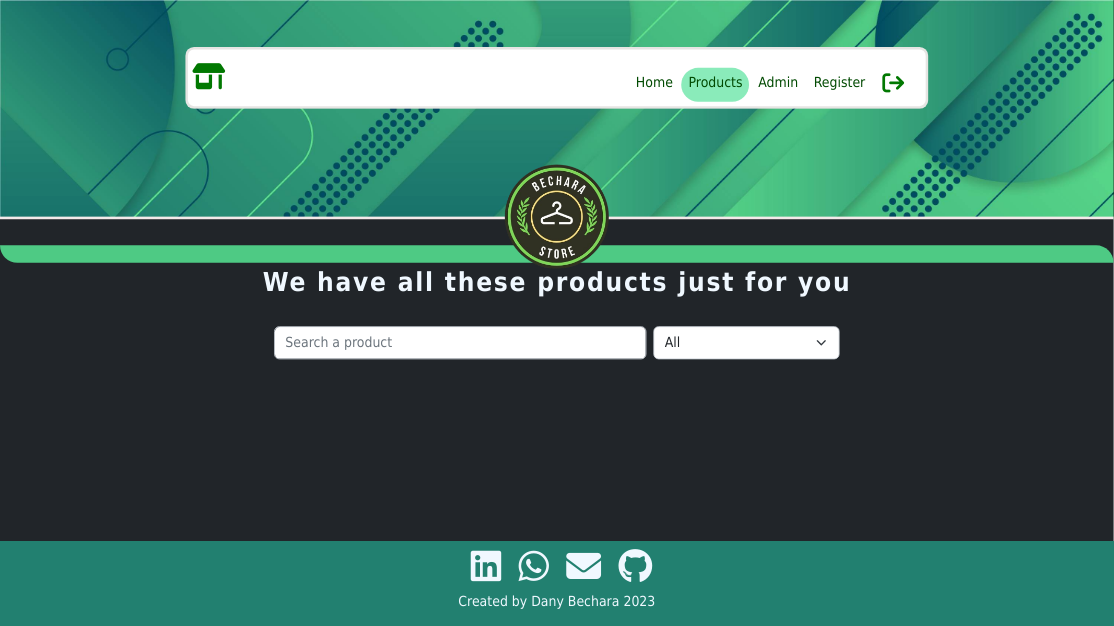
Repository: bechara611/becharastore
Page: /Products
An editor plug-in stored every save of this project. The page is shown before and after the next save, followed by the edit.
The browser window is 1280 px wide. The pictures show the whole page, at 87% of full size.
Backgrounds fixed to the window are drawn as part of the page. The project was rebuilt for these pictures with package versions that can differ from the ones it lists, and the page was loaded fresh each time. Some packages were replaced by stand-ins written for this rebuild. Also part of the build but not shown: src/hooks/useAuth.jsx, src/hooks/useForm.jsx, src/Auth/components/LoginAndRegister.css, src/Auth/components/Login.jsx, src/Auth/components/Register.jsx, src/UI/helper/ElementoActivo.js, src/UI/Components/FormularioContacto.css, src/UI/Components/FormularioContacto.jsx and 1 more.

Above is the page before, as saved 2023-02-01 17:47:48.

### public/index.html
<!DOCTYPE html>
<html lang="en">
  <head>
    <meta charset="utf-8" />
    <link rel="icon" href="%PUBLIC_URL%/favicon.ico" />
    <meta name="viewport" content="width=device-width, initial-scale=1" />
    <meta name="theme-color" content="#000000" />
    <meta
      name="description"
      content="Web site created using create-react-app"
    />
    <link rel="apple-touch-icon" href="%PUBLIC_URL%/logo192.png" />
    <link rel="preconnect" href="https://fonts.googleapis.com">
    <link rel="stylesheet" href="https://cdnjs.cloudflare.com/ajax/libs/font-awesome/6.2.1/css/all.min.css" integrity="sha512-MV7K8+y+gLIBoVD59lQIYicR65iaqukzvf/nwasF0nqhPay5w/9lJmVM2hMDcnK1OnMGCdVK+iQrJ7lzPJQd1w==" crossorigin="anonymous" referrerpolicy="no-referrer" />
<link rel="preconnect" href="https://fonts.gstatic.com" crossorigin>
<link rel="preconnect" href="https://fonts.googleapis.com">
<link rel="preconnect" href="https://fonts.gstatic.com" crossorigin>
<link href="https://fonts.googleapis.com/css2?family=Montserrat:ital,wght@0,100;0,200;0,300;0,400;0,500;0,600;0,700;0,800;0,900;1,100;1,200;1,300;1,500;1,700;1,800;1,900&family=Shadows+Into+Light&display=swap" rel="stylesheet">
<link rel="stylesheet"href="https://fonts.googleapis.com/css?family=Roboto:300,400,500,700&display=swap"/>
<!--
      manifest.json provides metadata used when your web app is installed on a
      user's mobile device or desktop. See https://developers.google.com/web/fundamentals/web-app-manifest/
    -->
    <link rel="manifest" href="%PUBLIC_URL%/manifest.json" />
    <!--
      Notice the use of %PUBLIC_URL% in the tags above.
      It will be replaced with the URL of the `public` folder during the build.
      Only files inside the `public` folder can be referenced from the HTML.

      Unlike "/favicon.ico" or "favicon.ico", "%PUBLIC_URL%/favicon.ico" will
      work correctly both with client-side routing and a non-root public URL.
      Learn how to configure a non-root public URL by running `npm run build`.
    -->

<link href="https://cdn.jsdelivr.net/npm/bootstrap@5.2.3/dist/css/bootstrap.min.css" rel="stylesheet" >


  </head>
  <body>
    <noscript>You need to enable JavaScript to run this app.</noscript>
    <div id="root"></div>
    <!--
      This HTML file is a template.
      If you open it directly in the browser, you will see an empty page.

      You can add webfonts, meta tags, or analytics to this file.
      The build step will place the bundled scripts into the <body> tag.

      To begin the development, run `npm start` or `yarn start`.
      To create a production bundle, use `npm run build` or `yarn build`.
    -->
    <script src="https://cdn.jsdelivr.net/npm/bootstrap@5.2.3/dist/js/bootstrap.bundle.min.js" integrity="sha384-kenU1KFdBIe4zVF0s0G1M5b4hcpxyD9F7jL+jjXkk+Q2h455rYXK/7HAuoJl+0I4" crossorigin="anonymous"></script>
  </body>

</html>

### src/index.css

:root {
    --verde1: rgb(2, 74, 2);
    --verde2:rgb(1, 120, 1);
    --verde3:rgb(23, 215, 119,.5);
    --verde4:rgba(78,202,132,255);
    --verde5:rgba(34,128,112,255);
  }


*{
    color: aliceblue;
    /* font-family: 'Montserrat', sans-serif; */
    font-family: 'Droid Sans', Tahoma, Geneva, Verdana, sans-serif;

}

.fondito{
    background: red;
}
.fondito2{
    background: purple;
}

### src/App.jsx
import React, { useEffect } from 'react'
import { Caparazon } from './UI/Components/Caparazon'
import { ContenedorPrincipal } from './UI/Components/ContenedorPrincipal'
import { Header } from './UI/Components/Header'
import { Footer } from './UI/Components/Footer'
import { MainCuerpo } from './UI/Components/MainCuerpo'
import { useDispatch, useSelector } from 'react-redux'
import { onResetError } from './UI/slice/uiSlice'
import Swal from 'sweetalert2'
export const App = () => {
  const uiEstado = useSelector((state)=>state.ui)
  const dispatch = useDispatch()
  useEffect(() => {
    if(uiEstado.error!==null){
      console.log(uiEstado.error)
      Swal.fire('Error',uiEstado.error,'error')
      dispatch(onResetError())

    }
  // eslint-disable-next-line react-hooks/exhaustive-deps
  }, [uiEstado.error])

  return (
    <>
      {/*Primero el caparazon de la pagina, que es un div que tiene un 100vh de altura, el cual en el obtiene a sus children:
    esto children son el Header ocupando el 30vh y el Contenedor Principal ocupando el 70vh restante.
  */}
      <Caparazon>
        <Header></Header>
        <ContenedorPrincipal> {/*El contenedor principal a su vez lleva sus hijos dos elementos, el footer que le pusimos absolute para ubicarlo de ultimo y el MainCuerpo que tienes las rutas */}
          <MainCuerpo></MainCuerpo>{/*Este MainCuerpo tiene las rutas de la aplicacion, es el main de la pagina y lo que va a cambiar dependiendo donde estemos */}


          <Footer></Footer>  {/*Este es el footer que utilizamos para el pie de pagina, tiene posicion absolute como dije anteriormnete */}
        </ContenedorPrincipal>


      </Caparazon>
    </>

  )
}

### src/store/Store.jsx
import { configureStore } from "@reduxjs/toolkit"
import authSlice from "../Auth/slice/authSlice"
import uiSlice from "../UI/slice/uiSlice"


export const store= configureStore({
    reducer:{
        auth:authSlice.reducer,
        ui:uiSlice.reducer
    },
    middleware:(getDefaultMiddleware)=>{
        return getDefaultMiddleware({serializableCheck:false})
    }
})

### src/UI/Components/Caparazon.jsx
import React from 'react'
import './Caparazon.css'
export const Caparazon = ({ children }) => {
    return (
        <>
{/*Caparazon princiapal donde el mismo tiene un flex en colum, adentro tiene sus hijos que son un div que
ocupe el 70vh donde eesta todo lo demas y el 30vh primero es del header */}
            <div className='caparazonPrincipal bg-dark'>

                {children}

            </div>
        </>
    )
}

### src/UI/Components/ContenedorPrincipal.jsx
import React from 'react'
import './ContenedorPrincipal.css'
export const ContenedorPrincipal = ({ children }) => {
  return (
    <div className='ContenedorPrincipal'>
    {/*Aca de hijos tendran las rutas para verse en el medio y el footer, este tiene un position relative para que su hijo footer pueda
  ubicarse en la parte de abajo */}
      {children}
    </div>
  )
}

### src/UI/Components/Header.jsx
import React from 'react'
import './Header.css'
import { MenuNavbar } from './MenuNavbar'
import brand from './../../img/brand2.png'


export const Header = () => {
  return (
    <>
      {/*El header ocupa el 30vh de la pagina, el primer div lo tiene, aca se incorpora el nav y el logo. */}
      <div className="header">
        <div className="col-12">


          <MenuNavbar></MenuNavbar>
          <div className="row">
            <div className="col-12 filaLogoHeader">
              <img src={brand} className='brand animate__animated animate__flip' id='brand' alt="brand" />

            </div>
          </div>

        </div>

      </div>



    </>
  )
}

### src/UI/Components/Footer.jsx
import React from 'react'
import './Footer.css'


let linkdn="https://linkedin.com/in/DanyBechara";
let correo="mailto:bechara611@gmail.com";
let blank='_blank';
let github='https://github.com/bechara611';
let whatssap='https://wa.me/584120361952';

export const Footer = () => {
  return (
    <>
      {/*Aca este footer le estamos colocando una posicion absolute y a su padre relativa para poder ubicarlo al final de su div padre */}
      <div className="footer col-12 mt-5 pt-1">
      <a href={linkdn} target={blank} className='animate__animated animate__lightSpeedInLeft'><i className=" linkdin fa-brands fa-linkedin iconoRedes"></i></a>
      <a href={whatssap} target={blank}  className='animate__animated animate__lightSpeedInLeft'><i className="whatssap fa-brands fa-whatsapp iconoRedes"></i></a>
      <a href={correo} target={blank}  className='animate__animated animate__lightSpeedInLeft'><i className="gmail fa-solid  fa-envelope iconoRedes"></i></a>
      <a href={github} target={blank}  className='  animate__animated animate__lightSpeedInLeft'><i className=" github fa-brands fa-github iconoRedes"></i></a>

     <div className="col-12 contenedor-mensaje-footer mt-1">
     <div className="col-12 contenedor-mensaje-footer">
     <p className='mensaje'>Created by Dany Bechara {new Date().getFullYear().toString()}</p>
     </div>

     </div>
      </div>
    </>

  )
}

### src/UI/Components/MainCuerpo.jsx
import React from 'react'
import { RouterApp } from '../../router/Routes'
import './MainCuerpo.css'

export const MainCuerpo = () => {

  return (
    <>
    {/*Aca se guardan las rutas como tal de la aplicacion y es llamado adentro de contenedorPrincipal */}
    <RouterApp></RouterApp>
    <div className='mb-5 pb-5'></div>
    </>
    )
}

### src/UI/slice/uiSlice.jsx
const { createSlice } = require("@reduxjs/toolkit");

const initialState={
    error:null
}
const uiSlice = createSlice({
    name:'ui',
    initialState,
    reducers:{//este reducer es para activar o desactivar un error siempre en pantalla dependiendo si cambia el estado, el mismo
        //activa una funcion que se encuentra en el archivo App.jsx, donde mostrar una ventana emergente de error en caso de que no sea null y al mismo tiempo por alla la desactiva
              // dispatch(onAsignarError({error:'Esto es un error desde el nav'}))
        onAsignarError:(state,action)=>{
            state.error=action.payload.error
        },
        onResetError:(state,action)=>{
            state.error=null
        }
    }
})

export default uiSlice;
export const {onAsignarError,onResetError} = uiSlice.actions;

### src/Auth/slice/authSlice.jsx
import { createSlice } from "@reduxjs/toolkit";

const initialState = {
    user: {
        token: 'abc123',
        _id: 1,
        name: 'Dany',
        email: 'Bechara611@gmail.com',
        level: 'admin'
    },
    status: 'logueado',
    initialDate: new Date()
}

const authSlice = createSlice({
    name: 'auth',
    initialState,
    reducers: {
        MostrarEnConsola: (state, action) => {
            console.log('Hola mundo')
        },
        onLogout: (state, action) => {

            state.status = 'no-logueado'
            state.user = {
                token: null,
                _id: null,
                name: null,
                email: null,
                level: null
            }
            state.initialDate = null;
        },
        onLogin: (state, {payload}) => {
             state.user = {
                 token: payload.token,
                 _id: payload._id,
                 name: payload.name,
                 email: payload.email,
                 level: payload.level
             }
            state.status = 'logueado'
            state.initialDate = new Date();
        },

    },

})

export const { MostrarEnConsola, onLogout, onLogin } = authSlice.actions;
export default authSlice

### src/UI/Components/Caparazon.css
/*Estilos del caparazon como tal principal*/
    /*Aca colocamos que el caparazonPrincipal ocupa toda la pantalla, y una direccion en column para que el header sea de 30vh y el resto el otro div  */
.caparazonPrincipal{
    display: flex;
    flex-direction: column;
    justify-content: space-between;
    min-height: 100vh;
  overflow-x: hidden;
  overflow-y: visible;
}

### src/UI/Components/ContenedorPrincipal.css
/*Aca al contenedor ponemos positionRelative para que el footer pueda tener una posicion absoluta y se pueda posicionar al final*/
.ContenedorPrincipal{
    min-height: 65vh;

    position: relative;
}

### src/UI/Components/Header.css
.header {
    display: flex;
    background: rgb(157, 240, 194) url("./../../img/Header2.jpg");
    background-color: rgb(18, 18, 18);
    background-repeat: no-repeat;
    background-attachment: fixed;
    background-size: cover;
    background-position: top center;
    min-height: 30%;
    height: 35vh;
    max-height: 35vh;
    width: 100%;
    min-width: 100%;
    position: relative;
    border-bottom: 3px solid rgb(244, 233, 233);
}

/*Aca estoy posicion en el medio el logo como tal del header y luego abajo le pongo una posicion absolute para moverlo*/
.filaLogoHeader {
    display: flex;
    flex-direction: row;
    justify-content: center;

}

.brand {
    width: 150px;
    height: 150px;
    max-height: 150px;
    max-width: 150px;
    min-height: 150px;
    position: absolute;
    bottom: -30%;
  z-index: 1000;

}

/*?RESPONSIVE*/


@media(max-width:500px){

    .brand {
        width: 100px;
        height:100px;
        max-height: 100px;
        max-width: 100px;
        min-height: 10px;
        position: absolute;
        z-index: 1;
        bottom: -20%;

    }
}

### src/UI/Components/Footer.css
.footer{

    background: var(--verde5);
    position: absolute;
    bottom: 0%;
    display: flex;
    flex-direction: row;
    justify-content: center;
    text-align: center;
    align-items: center;
    justify-items: center;
 flex-wrap: wrap;

}

.iconoRedes{
    font-size: 40px;
    padding-left: 10px;
    margin: 5px;
}

.github:hover{
    color: #6e5494;

}

.whatssap:hover{
color: #25d366;
}

.gmail:hover{
color:#cc0000;
}
.linkdin:hover{
color:#00a0dc;
}

.contenedor-mensaje-footer{
    display: flex;
    flex-direction: row;
    justify-content: center;
    text-align: center;
    align-items: center;
    justify-items: center;
}

/*?RESPONSIVE*/

@media(max-width:255px){
    .iconoRedes{
        font-size: 30px;
        padding-left: 5px;
    }
    .mensaje{
        font-size: 10px;
    }
}

### src/router/Routes.jsx
import React from 'react'
import { Navigate, Route, Routes } from 'react-router-dom'
import { Login } from '../Auth/components/Login'
import { Register } from '../Auth/components/Register'
import { ListadoProductos } from '../Products/components/ListadoProductos'
import { Home } from '../UI/Components/Home'

/*Este componente es nuestro router, que segun la URL donde estemos mostrada:
1) Una pagina Home
2) Pagina de registro
3) Pagina de login
4) Pagina de Productos
*/

export const RouterApp = () => {
  return (
    <Routes>
    <Route path='/' element={<Home></Home>}></Route>
    <Route path='/auth' element={<Login></Login>}></Route>
    <Route path='/Register' element={<Register></Register>}></Route>
    <Route path='/Products' element={<ListadoProductos></ListadoProductos>}></Route>
    <Route path='/admin' element={<h1>Admin</h1>}></Route>
    <Route path='/*' element={<Navigate to={'/'}></Navigate>}></Route>
    </Routes>
  )
}

### src/UI/Components/MenuNavbar.css
.contenedor-nav {
    position: fixed;
    display: flex;
    flex-direction: row;
    justify-content: center;
    align-self: center;
    align-items: center;
    position: absolute;
    bottom: 50%;
    z-index: 2;

}
.marca{
 font-size: 30px;
 color: black;
 color: var(--verde2);
 padding-right: 10px;

}
.marca:hover{
    color: var(--verde5);
}
.logout-icono{
    font-size: 25px;
    color: black;
    color: var(--verde2);
    padding-right: 10px;

   }
.logout-icono:hover{
    color: var(--verde5);
}

.menunav {
    background: rgba(255, 255, 255, 1);
    border-radius: 10px;
    padding: 5px;
    border: 3px solid rgba(205, 204, 200, 0.5);
    flex-wrap: wrap;
    display: flex;

}

/*Esta parte es el contenedor que tiene el navbar de los navLink es decir, menu como tal.
Estoy diciendo que normalmente estaran a la derecha.
*/
.contenedor-interno-nav {
    display: flex;
    flex-direction: row;
    justify-content: flex-end;
    flex-wrap: wrap;

}
/*Diseno a los links como tal*/
.nav-link{
    margin-left: 2px;
    color: var(--verde1);
    font-weight: 400;
    background: rgb(44, 232, 138,0);
    border-radius: 30px;
    padding: 5px;

}
.nav-link:hover{
   color: var(--verde2)

}
.activeLink{  background: var(--verde3);
    border-radius: 30px;}

/**-----------------------------------------------------------------------------*/

/*?RESPONSIVE*/

/*Para este apartado cuando llegue a cierto tamaño como tal el nav se pondra mas abajo para que al darle al boton se abra y se pueda apreciar y no quede muy arriba*/
@media(max-width:500px) {
    .contenedor-nav {
       position: sticky;

    }
    /*Aca haces que el navBar tenga todo el tamaño al llegar a dispositivos pequeños*/
    .menunav {
        width: 100%;

    }
}

/*SERIE DE RESPONSIVES A LOS PADDING DE LAS OPCIONES DEL MENU*/

@media(max-width:375px){
    .nav-link{
        margin-left: 5px;
    }
}

@media(max-width:262px){
    .nav-link{
        margin-left: 10px;
    }
    .menunav{
        justify-content: center;
        text-align: center;
        align-items: center;
        align-self: center;
    }
}

/*Necesidad de que el nav el menu se pongan o separados o uno debajo del otro cuando se active el boton del collapse*/
@media(max-width:992px) {
    .contenedor-interno-nav {
        justify-content: space-around;
    }
}

### src/Products/components/ListadoProductos.jsx
import React, { useState } from 'react'
import './ListadoProductos.css'
export const ListadoProductos = () => {
    //useState para almacenar tanto la informacion del textBox como la de el option box

    const [form, setform] = useState({
        busqueda: '',
        category: 'All'
    })
    const onHandledSubmit = (e) => {
        //TODO aca haremos el filtrado de los productos
        e.preventDefault()
        console.log({ form })
    }
    return (
        <>

            <div className='col-12 separador2'></div>
            <div className="row mt-1">
                <div className="col-12  contenedor-titulo">
                    <h6 className='titulo animate__animated animate__lightSpeedInRight  '>We have all these products just for you</h6>
                </div>
            </div>
            <div className="row ">
                <div className="col-12 contenedor-busqueda">
                    <div className="col-4 m-1">
                        {/*Aca va la busqueda para filtrar por nombre */}
                        <form onSubmit={onHandledSubmit}>
                            <input type="text" className='inputBusquedaProducto form-control col-4' placeholder='Search a product' onChange={(e) => {
                                //aca estamos obteniendo el valor y guardandolo en el estado local
                                setform({
                                    ...form,
                                    busqueda: e.target.value.toUpperCase()
                                })
                            }} />
                            {/*//Aca generamos el llamado al filtro de los productos ya sea con nuestro useProductos o useSlice al presionar la tecla enter */}
                        </form>
                    </div>
                    <div className="col-2 m-1">
                        {/*Aca van las categorias previamente creadas por el administrador de la tienda/pagina */}
                        {/*TODO Debes hacer el componente option con el backend y luego un map para mostrarlo */}
                        <select className="form-select" aria-label="Select a category" defaultValue={'All'} onChange={(e) => {
                            //aca estamos obteniendo el valor y guardandolo en el estado local
                            setform({
                                ...form,
                                category: e.target.value.toUpperCase()
                            })
                        }}>{/*TODO aca va el map */}
                            <option value={'All'} className='opcionSelect'>All</option>
                            <option value="Children" className='opcionSelect'>Children</option>
                            <option value="Women" className='opcionSelect'>Women</option>
                            <option value="Men" className='opcionSelect'>Men</option>
                        </select>
                    </div>
                </div>
            </div>
            <div className="row">
                <div className="col-12 contenedor-productos-padre">
                        <div className="col-8 contenedor-productos-hijo"></div>
                </div>
            </div>

        </>
    )
}

### src/Products/components/ListadoProductos.css
.separador2{
    color: var(--verde4);
    background-color: var(--verde4);
    height: 20px;
    margin-top: 30px;
    margin-bottom: 5px;
    border-end-start-radius: 100px;
    border-top-right-radius: 100px;

}

.contenedor-busqueda{
    display: flex;
    flex-direction: row;
    justify-content: center;
    align-items: center;

    margin-top: 10px;
    padding: 10px;
}


.opcionSelect{
    color: black;
}

.contenedor-productos-padre{
    display: flex;
    flex-direction: row;
    justify-content: center;
}

### src/UI/Components/Home.css
.PadreHome {
    justify-content: center;
    display: flex;
    flex-wrap: wrap;
    align-items: center;
    justify-items: center;

}

.separador {
    color: var(--verde5);
    background-color: var(--verde5);
    height: 20px;
    margin-top: 30px;
    margin-bottom: 5px;
    border-end-start-radius: 100px;
    border-top-right-radius: 100px;

}

.contenedor-imagen {}

.cajaImagen{
    border-bottom: 2px solid var(--verde5);
    border-radius: 10px;

}

.contenedor-escrito {
    display: flex;
    flex-direction: row;
    justify-content: center;
    flex-wrap: wrap;
    justify-content: center;
    text-align: center;
}

.contenedor-titulo {
    display: flex;
    justify-content: center;
    justify-items: center;
    justify-self: center;
    align-items: center;
    flex-wrap: wrap;
    text-align: center;
}

.titulo {
    font-weight: 800;
    font-size: 30px;
    letter-spacing: 2px;


}

.contenedor-texto {
    text-align: center;
    justify-content: center;

}

.btn-texto{}



.contenedor-contacto{
    display: flex;
    flex-direction: row;
    justify-content: center;
    align-items: center;
    flex-wrap: wrap;
}
.titulo-contacto{
    font-weight: 400;
    font-size: 30px;
    letter-spacing: 2px;

}
/*CLASES PARA ANIMACIONES*/
.opacity0{
    opacity: 0;
}

/*?RESPONSIVE*/
@media(max-width:350px){
    .titulo {

        font-size: 25px;
        padding: 2px;


    }
    .titulo-contacto{
        font-size: 25px;
        padding: 2px;
    }
}

Loaded but not shown: src/index.js (18 lines, source omitted); src/UI/helper/AnimacionAlLogo.js (9 lines, source omitted); src/UI/Components/MenuNavbar.jsx (69 lines, source omitted); src/UI/Components/MainCuerpo.css (no stored copy; drawn as an empty file)

After the next save:
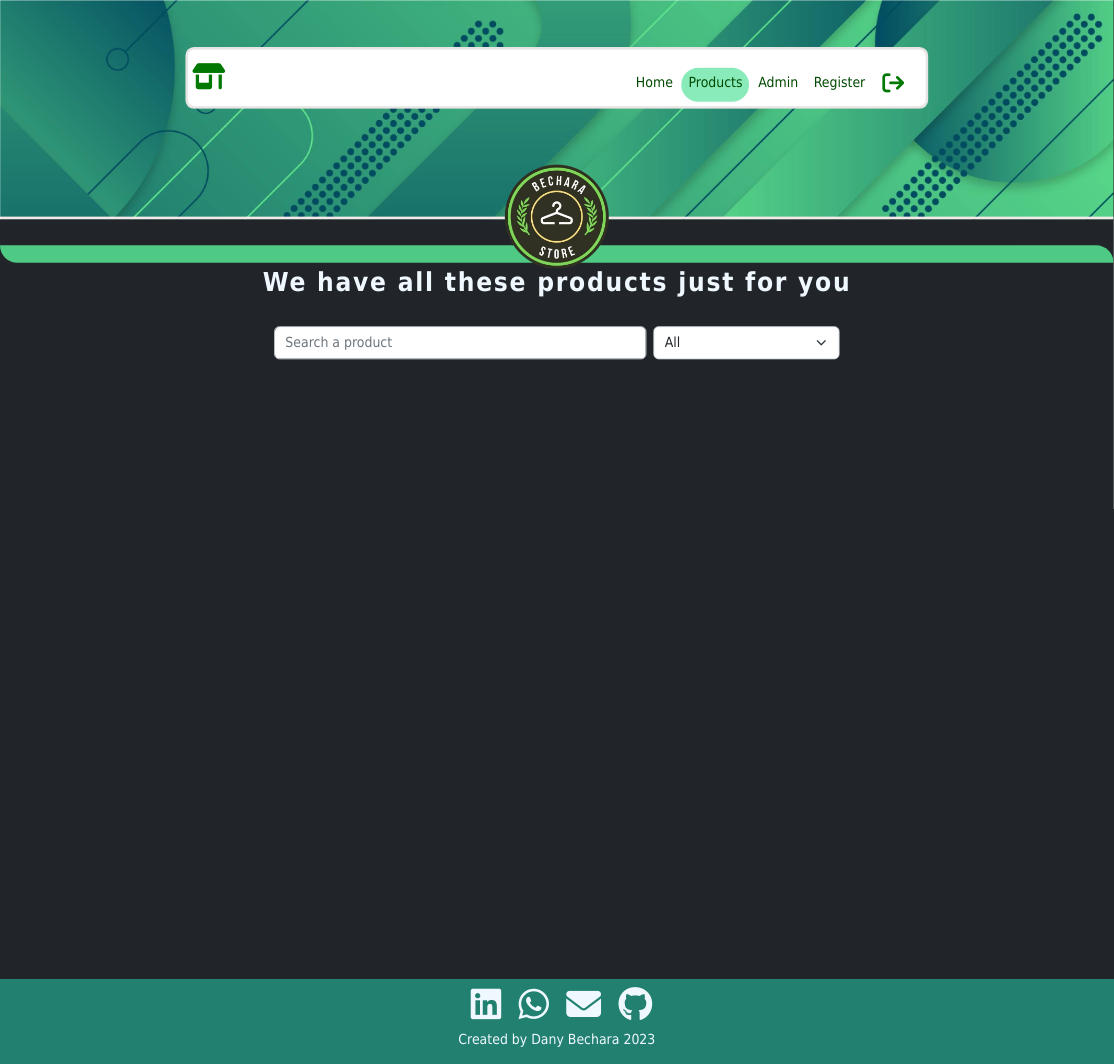
Saved 12 s later.
--- a/src/Products/components/ListadoProductos.css
+++ b/src/Products/components/ListadoProductos.css
@@ -29,3 +29,6 @@
     flex-direction: row;
     justify-content: center;
 }
+.contenedor-productos-hijo{
+    height: 700px;
+}
